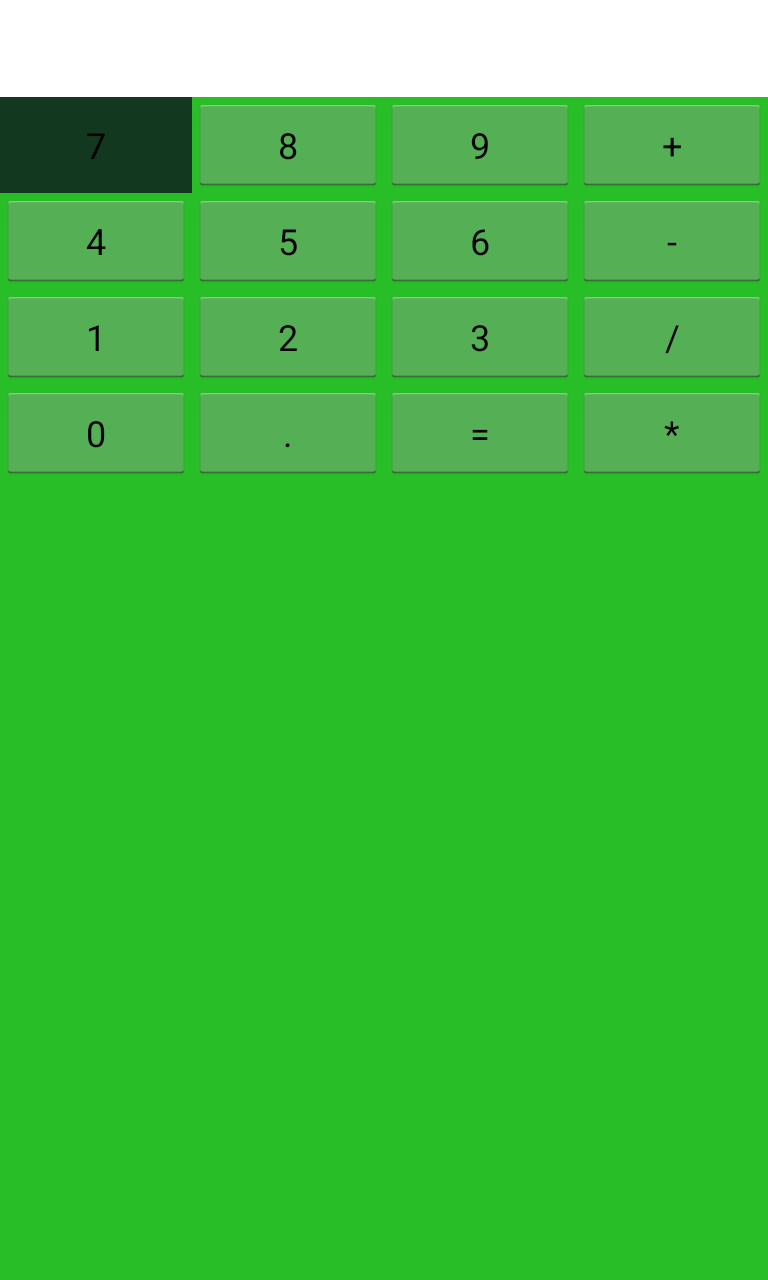
Repository: RamDion/BSIT_Calculator
Layout: CcsCalcu/res/layout/activity_calculator.xml
An editor plug-in stored every save of this project. The layout is shown before and after the next save, followed by the edit.
It is drawn on a 768 x 1280 px phone screen (xhdpi) without system bars, with theme AppTheme; the app's code is not run.

Above is the layout before, as saved 2014-09-04 05:07:12.

After the next save:
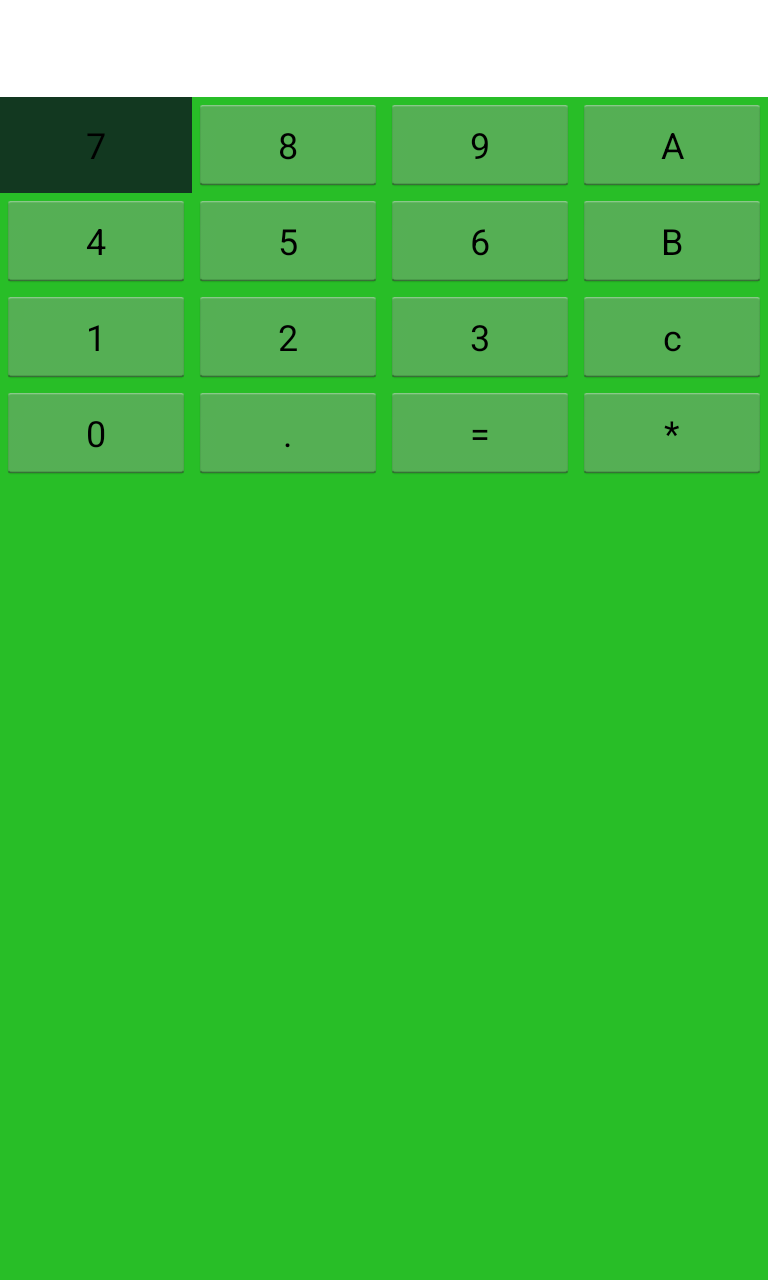
Saved 3 min 42 s later.
--- a/CcsCalcu/res/layout/activity_calculator.xml
+++ b/CcsCalcu/res/layout/activity_calculator.xml
@@ -47,21 +47,21 @@
                 android:layout_width="0dip"
                 android:layout_weight="0.25"
                 android:layout_height="wrap_content"
-                android:text="8" />
+                android:text="@string/eight" />
 
             <Button
                 android:id="@+id/nine"
                 android:layout_width="0dip"
                 android:layout_weight="0.25"
                 android:layout_height="wrap_content"
-                android:text="9" />
+                android:text="@string/nine" />
 
             <Button
-                android:id="@+id/plus"
+                android:id="@+id/a"
                 android:layout_width="0dip"
                 android:layout_weight="0.25"
                 android:layout_height="wrap_content"
-                android:text="+" />
+                android:text="@string/a" />
 
         </TableRow>
 
@@ -74,28 +74,28 @@
                 android:layout_width="0dip"
                 android:layout_weight="0.25"
                 android:layout_height="wrap_content"
-                android:text="4" />
+                android:text="@string/four" />
 
             <Button
                 android:id="@+id/five"
                 android:layout_width="0dip"
                 android:layout_weight="0.25"
                 android:layout_height="wrap_content"
-                android:text="5" />
+                android:text="@string/five" />
 
             <Button
                 android:id="@+id/six"
                 android:layout_width="0dip"
                 android:layout_weight="0.25"
                 android:layout_height="wrap_content"
-                android:text="6" />
+                android:text="@string/six" />
 
             <Button
-                android:id="@+id/minus"
+                android:id="@+id/b"
                 android:layout_width="0dip"
                 android:layout_weight="0.25"
                 android:layout_height="wrap_content"
-                android:text="-" />
+                android:text="@string/b" />
 
 
         </TableRow>
@@ -110,28 +110,28 @@
                 android:layout_width="0dip"
                 android:layout_weight="0.25"
                 android:layout_height="wrap_content"
-                android:text="1" />
+                android:text="@string/one" />
 
             <Button
                 android:id="@+id/two"
                 android:layout_width="0dip"
                 android:layout_weight="0.25"
                 android:layout_height="wrap_content"
-                android:text="2" />
+                android:text="@string/two" />
 
             <Button
                 android:id="@+id/three"
                 android:layout_width="0dip"
                 android:layout_weight="0.25"
                 android:layout_height="wrap_content"
-                android:text="3" />
+                android:text="@string/three" />
 
             <Button
-                android:id="@+id/div"
+                android:id="@+id/c"
                 android:layout_width="0dip"
                 android:layout_weight="0.25"
                 android:layout_height="wrap_content"
-                android:text="/" />
+                android:text="c" />
         </TableRow>
 
          <TableRow
@@ -144,7 +144,7 @@
                 android:layout_width="0dip"
                 android:layout_weight="0.25"
                 android:layout_height="wrap_content"
-                android:text="0" />
+                android:text="@string/zero" />
 
             <Button
                 android:id="@+id/point"
